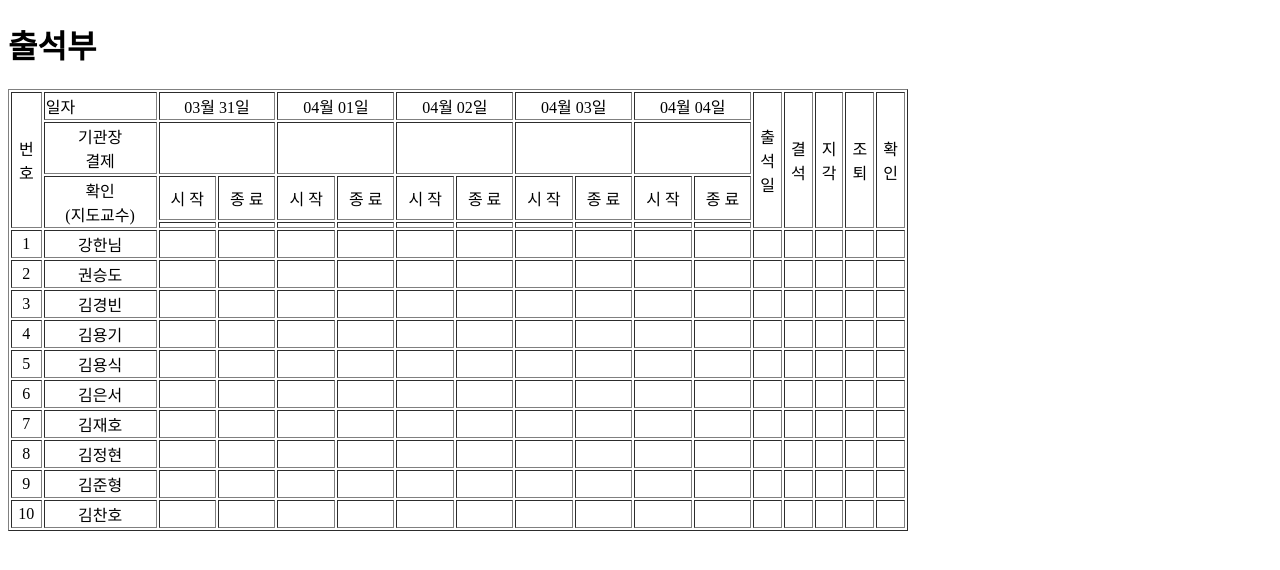
Repository: Hwang-97/HhwDesktop
Page: client/ClientTest/src/main/webapp/html/question/table/q02.html
These files come from the project's save history. The page is drawn as it stood at one moment and after the next save; the edit follows.
The browser window is 1280 px wide. The pictures show the whole page.

Above is the page before, as saved 2021-12-10 08:12:54.

After the next save:
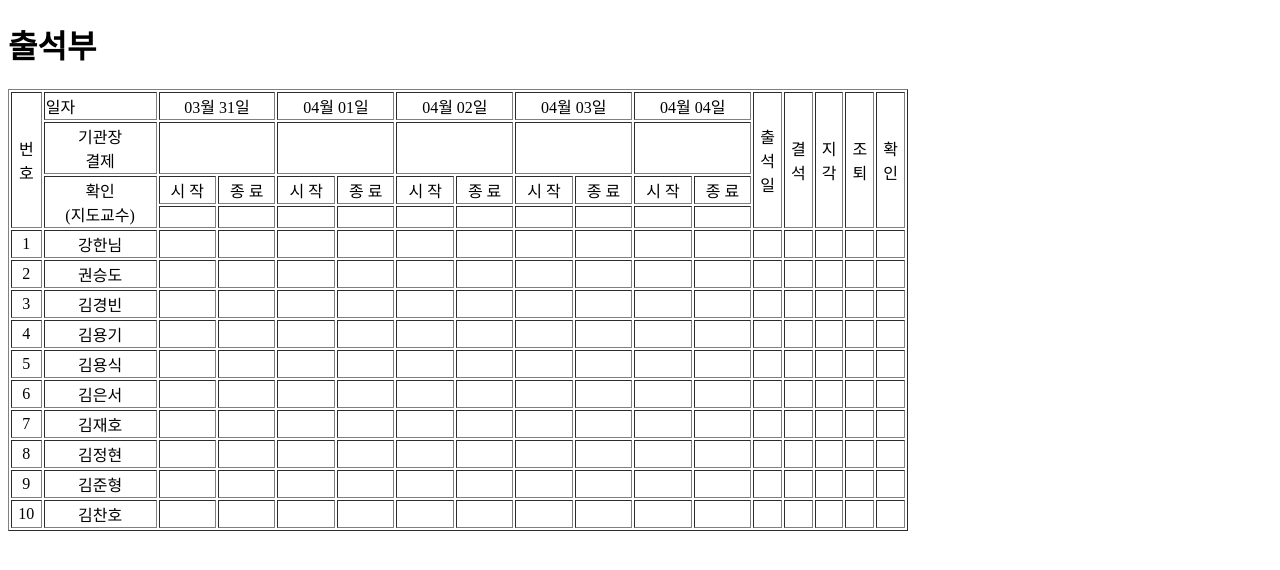
Saved 37 s later.
--- a/client/ClientTest/src/main/webapp/html/question/table/q02.html
+++ b/client/ClientTest/src/main/webapp/html/question/table/q02.html
@@ -45,7 +45,7 @@
 		<td align = "center">종 료</td>
 	</tr>
 	<tr>
-		<td></td>
+		<td>&nbsp</td>
 		<td></td>
 		<td></td>
 		<td></td>
